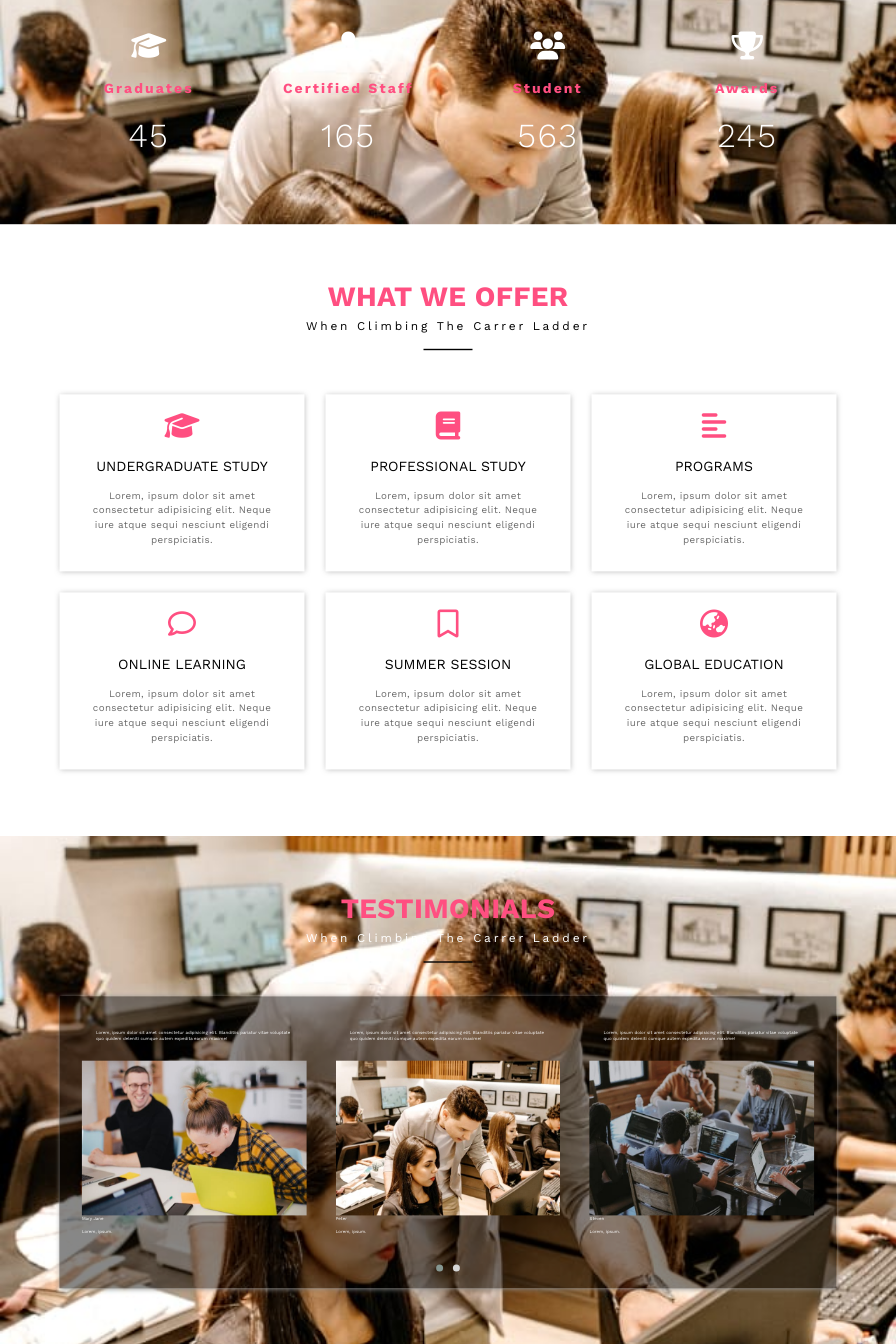
Repository: tudo1611/BC44_BOOTSTRAP_B7_INSTRUCTION_DO-TRUNG-TU
Page: index.html
An editor plug-in stored every save of this project. The page is shown before and after a run of saves, followed by the edit.
The browser window is 1280 px wide. The pictures show the part of the page from y = 1986 to 3906 px (the page is 3906 px tall), at 70% of full size.
Backgrounds fixed to the window are drawn as part of the page.

Above is the page before, as saved 2023-01-20 14:31:42.

After the next 2 saves:
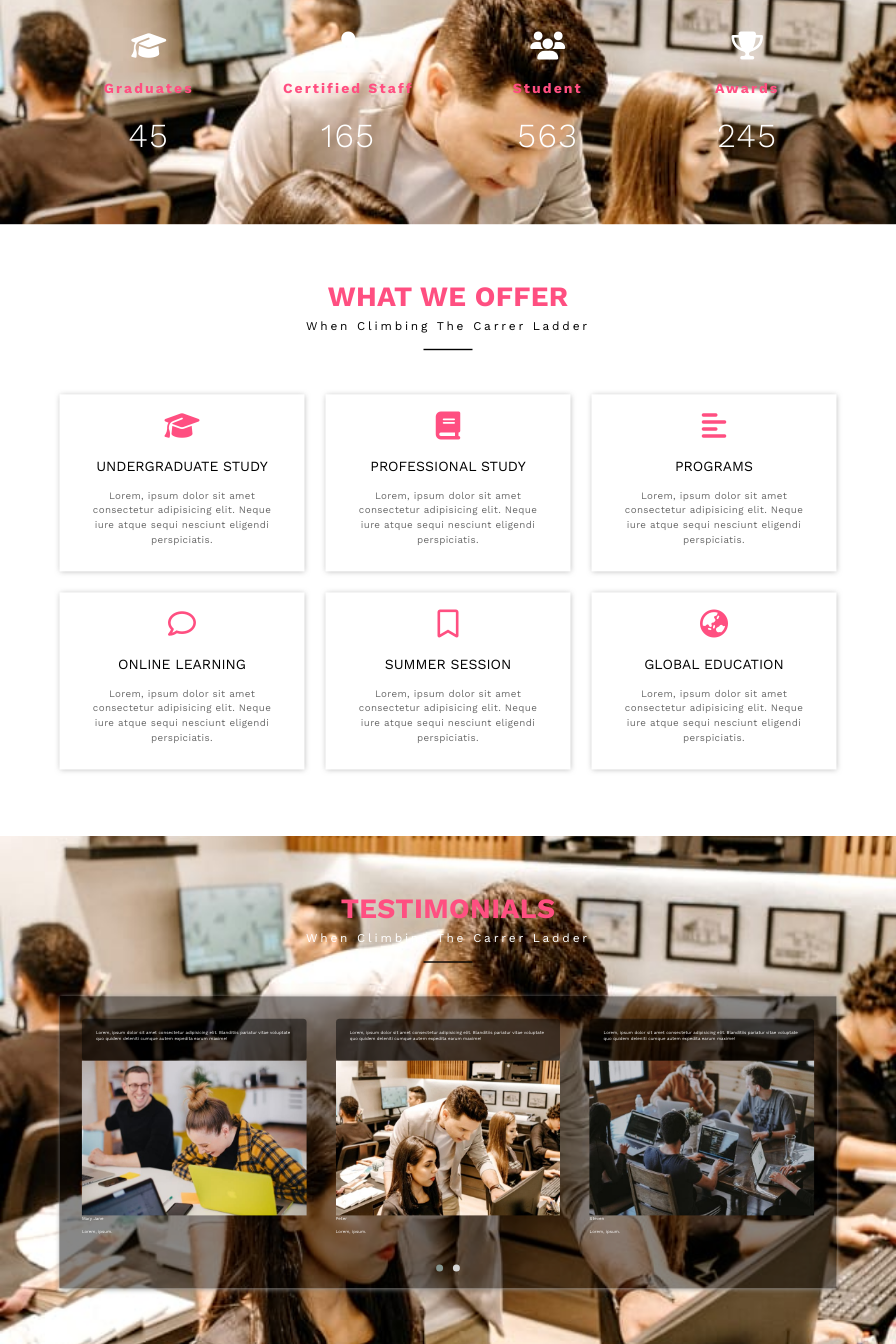
The 2 saves are shown as one change because they came seconds apart.
The last was saved 11 s later.
--- a/css/index.css
+++ b/css/index.css
@@ -267,5 +267,5 @@ html, body{
 .feedback__top{
     padding: 1.6rem 2rem;
     border-radius: 5px;
-    background-color: ;
-}
+    background-color:  rgba(0, 0, 0, 0.47);
+}
